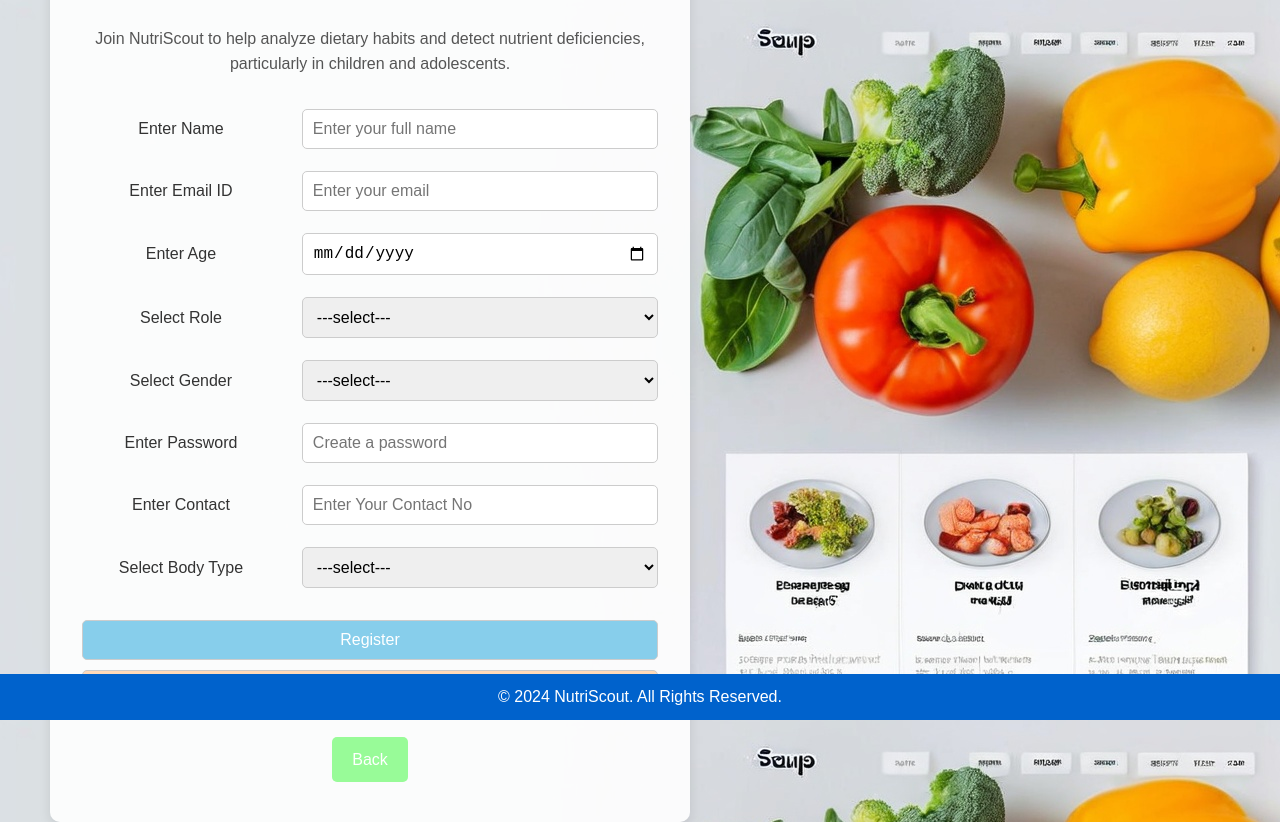
Repository: chaitanyasivathmika/NutrientDiet
Page: http://localhost/NutrientDiet/userreg.jsp
The author's editor kept a copy of each file at every save. The page is drawn from the files as they stood at one save, then again after the next save.
The browser window is 1280 px wide. The pictures show the whole page.
The page is served by Tomcat 10. Other server files are loaded and not shown.

Above is the page before, as saved 2024-11-17 04:52:54.

### NutrientDiet/src/main/webapp/userreg.jsp
<%@ page language="java" contentType="text/html; charset=UTF-8"
    pageEncoding="UTF-8"%>
<!DOCTYPE html>
<html lang="en">
<head>
    <meta charset="UTF-8">
    <meta name="viewport" content="width=device-width, initial-scale=1.0">
    <title>Sign Up - NutriScout</title>
    <style>
        body {
            font-family: 'Arial', sans-serif;
            background-image: url('images/signup.png'); /* Replace with your image path */
            background-size: cover;
            color: #333;
            line-height: 1.6;
            display: flex;
            justify-content: flex-start;
            align-items: center;
            height: 100vh;
            margin: 0;
        }

        main {
            padding: 40px 20px;
            max-width: 600px;
            margin-left: 50px;
            background-color: rgba(255, 255, 255, 0.9);
            box-shadow: 0 4px 12px rgba(0, 0, 0, 0.1);
            border-radius: 10px;
            text-align: center;
        }

        .signup-form h2 {
            font-size: 28px;
            color: #0062cc;
            margin-bottom: 20px;
        }

        .signup-form p {
            font-size: 16px;
            margin-bottom: 20px;
            color: #555;
        }

        .signup-form form {
            display: flex;
            flex-direction: column;
            gap: 15px;
        }

        .signup-form label {
            font-size: 16px;
            text-align: left;
            color: #333;
        }

        .signup-form input, .signup-form select {
            padding: 10px;
            font-size: 16px;
            border: 1px solid #ccc;
            border-radius: 5px;
            width: 100%;
            box-sizing: border-box;
        }

        .signup-form input:focus, .signup-form select:focus {
            outline: none;
            border-color: #007bff;
        }

        table {
            width: 100%;
        }

        table td {
            padding: 10px;
        }

        .submit-btn {
            background-color: #87CEEB;
            color: #fff;
            padding: 12px 20px;
            border: none;
            border-radius: 5px;
            cursor: pointer;
            font-size: 18px;
            margin-top: 10px;
            transition: background-color 0.3s ease;
        }

        .submit-btn:hover {
            background-color: #5ba4cf;
        }

        .clear-btn {
            background-color: #FFDAB9;
            color: #333;
            padding: 12px 20px;
            border: none;
            border-radius: 5px;
            cursor: pointer;
            font-size: 18px;
            margin-top: 10px;
            transition: background-color 0.3s ease;
        }

        .clear-btn:hover {
            background-color: #fbb98e;
        }

        .back-btn {
            display: inline-block;
            background-color: #98FB98;
            color: white;
            padding: 10px 20px;
            border: none;
            border-radius: 5px;
            cursor: pointer;
            font-size: 16px;
            margin-top: 15px;
            text-decoration: none;
        }

        footer {
            text-align: center;
            padding: 10px 0;
            background-color: #0062cc;
            color: white;
            position: fixed;
            bottom: 0;
            width: 100%;
        }
    </style>
</head>
<body>
    <main>
        <section class="signup-form">
            <h2>Sign Up</h2>
            <p>Join NutriScout to help analyze dietary habits and detect nutrient deficiencies, particularly in children and adolescents.</p>

            <form method="post" action="insertuser">
                <table>
                    <tr>
                        <td><label for="uname">Enter Name</label></td>
                        <td><input type="text" id="uname" name="uname" required placeholder="Enter your full name"/></td>
                    </tr>
                    <tr>
                        <td><label for="uemail">Enter Email ID</label></td>
                        <td><input type="email" id="uemail" name="uemail" required placeholder="Enter your email"/></td>
                    </tr>
                    <tr>
                        <td><label for="uage">Enter Age</label></td>
                        <td><input type="date" id="uage" name="uage" required placeholder="Enter your age"/></td>
                    </tr>
                    <tr>
                        <td><label>Select Role</label></td>
                        <td>
                            <select id="urole" name="urole" required>
                                <option value="">---select---</option>
                                <option value="child">Child</option>
                                <option value="teenager">Teenager</option>
                                <option value="youth">Youth</option>
                                <option value="aged">Aged</option>
                            </select>
                        </td>
                    </tr>
                    <tr>
                        <td><label>Select Gender</label></td>
                        <td>
                            <select id="ugender" name="ugender" required>
                                <option value="">---select---</option>
                                <option value="MALE">Male</option>
                                <option value="FEMALE">Female</option>
                                <option value="OTHERS">Others</option>
                            </select>
                        </td>
                    </tr>
                    <tr>
                        <td><label for="upassword">Enter Password</label></td>
                        <td><input type="password" id="upassword" name="upassword" required placeholder="Create a password"/></td>
                    </tr>
                    <tr>
                        <td><label for="ucontact">Enter Contact</label></td>
                        <td><input type="number" id="ucontact" name="ucontact" required placeholder="Enter Your Contact No"/></td>
                    </tr>
                    <tr>
                        <td><label>Select Body Type</label></td>
                        <td>
                            <select id="ubodytype" name="ubodytype" required>
                                <option value="">---select---</option>
                                <option value="Girl_Athletics">Girl Athletics</option>
                                <option value="Girl_HourGlass">Girl HourGlass</option>
                                <option value="M_Ectomorph">M Ectomorph</option>
                                <!-- Add more options as needed -->
                            </select>
                        </td>
                    </tr>
                    <tr>
                        <td colspan="2" class="button-container">
                            <input type="submit" value="Register" class="submit-btn"/>
                            <input type="reset" value="Clear" class="clear-btn"/>
                        </td>
                    </tr>
                </table>
            </form>

            <a href="/" class="back-btn">Back</a>
        </section>
    </main>

    <footer>
        &copy; 2024 NutriScout. All Rights Reserved.
    </footer>
</body>
</html>

After the next save:
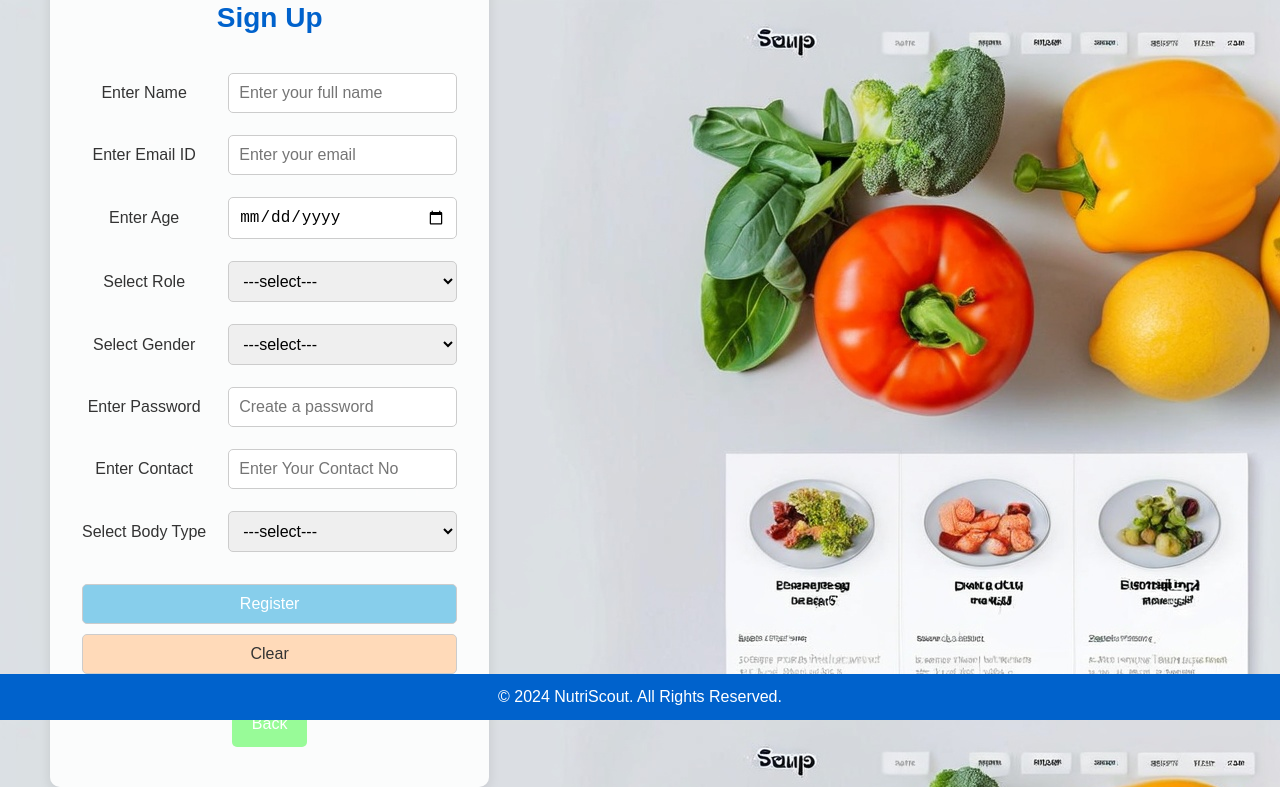
Saved 23 s later.
--- a/NutrientDiet/src/main/webapp/userreg.jsp
+++ b/NutrientDiet/src/main/webapp/userreg.jsp
@@ -136,7 +136,7 @@
     <main>
         <section class="signup-form">
             <h2>Sign Up</h2>
-            <p>Join NutriScout to help analyze dietary habits and detect nutrient deficiencies, particularly in children and adolescents.</p>
+
 
             <form method="post" action="insertuser">
                 <table>

After the save that followed:
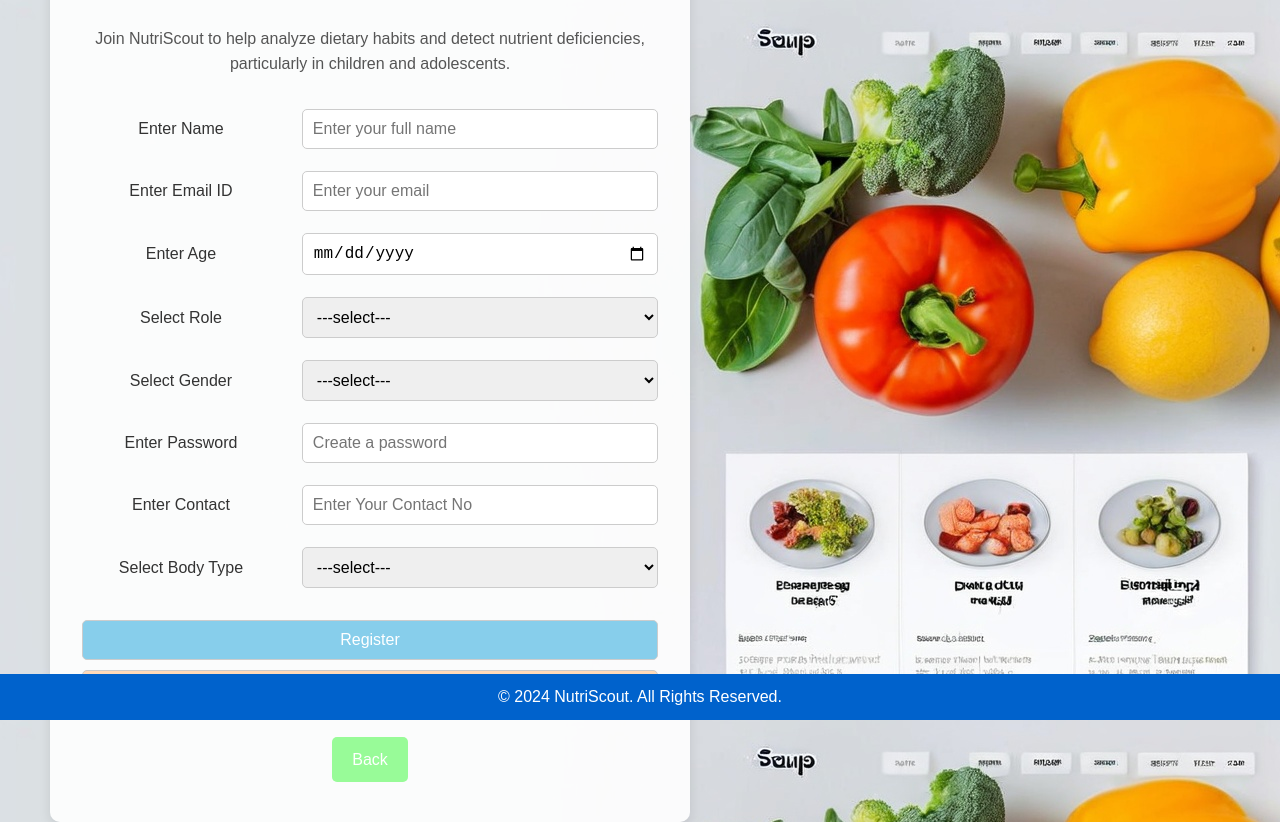
Saved 9 s later.
--- a/NutrientDiet/src/main/webapp/userreg.jsp
+++ b/NutrientDiet/src/main/webapp/userreg.jsp
@@ -136,7 +136,7 @@
     <main>
         <section class="signup-form">
             <h2>Sign Up</h2>
-
+            <p>Join NutriScout to help analyze dietary habits and detect nutrient deficiencies, particularly in children and adolescents.</p>
 
             <form method="post" action="insertuser">
                 <table>
